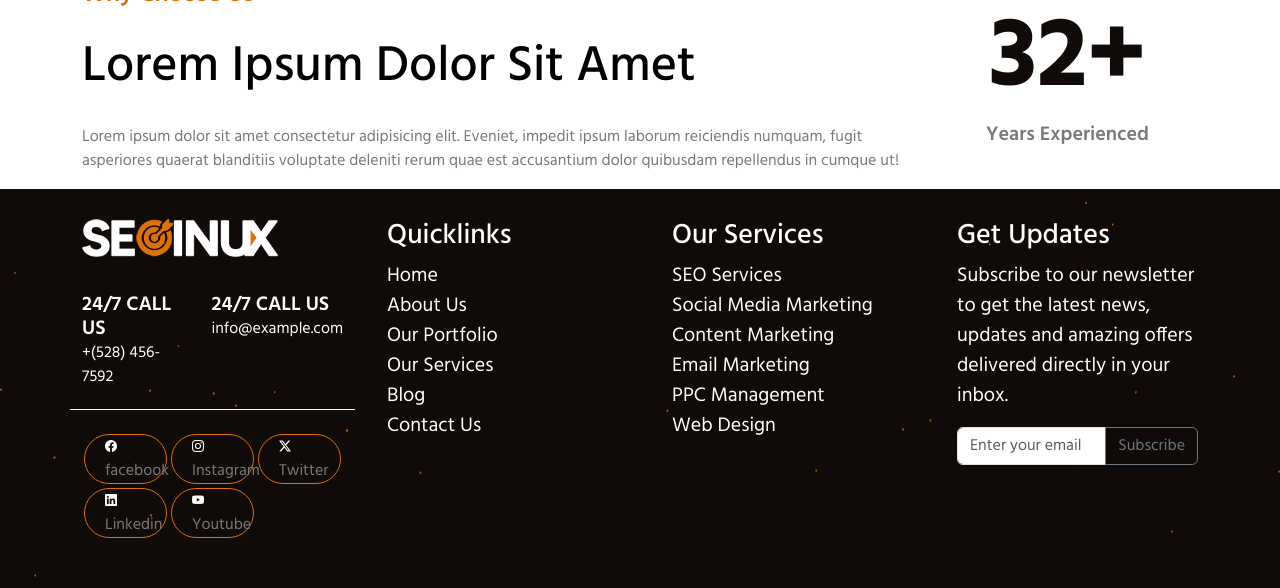
Repository: tagnam/seoinox
Page: about.html
The author's editor kept a copy of each file at every save. The page is drawn from the files as they stood at one save, then again after a run of saves.
The browser window is 1280 px wide. The pictures show the part of the page from y = 3019 to 3631 px (the page is 3607 px tall before and 3631 px after).
A picture or video elsewhere on the page could not be fetched, so the positions and the page height are approximate. Backgrounds fixed to the window are drawn as part of the page.

Above is the page before, as saved 2025-02-26 11:08:52.

After the next 5 saves:
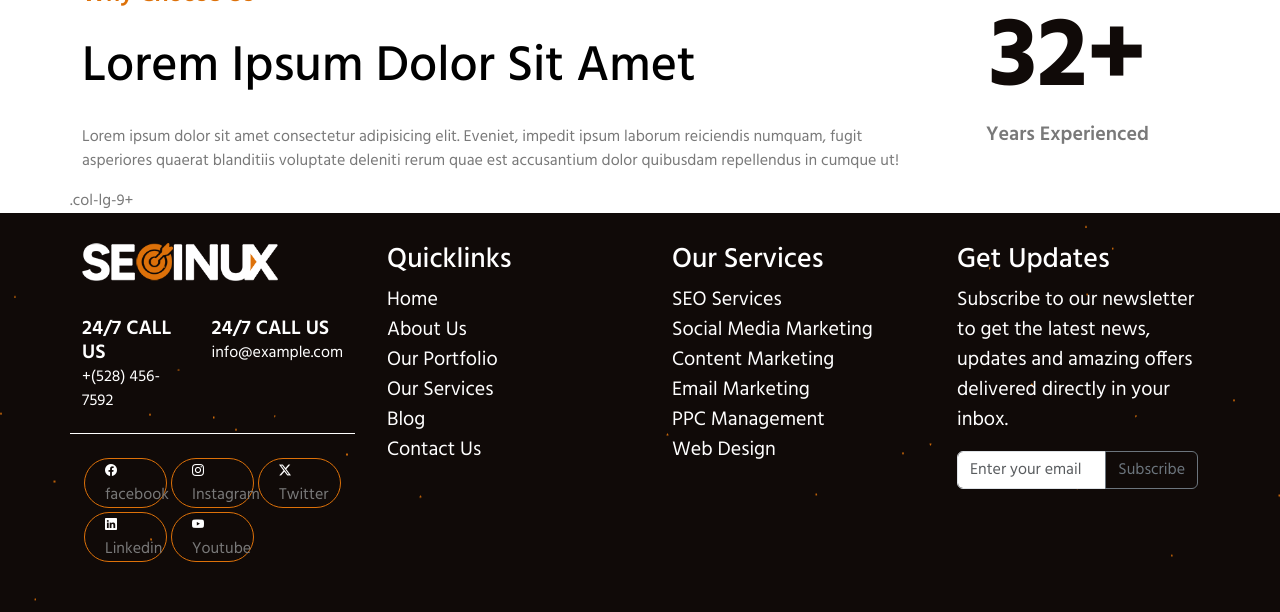
The 5 saves are shown as one change because they came seconds apart.
The last was saved 13 s later.
--- a/about.html
+++ b/about.html
@@ -269,7 +269,7 @@
 
     <div class="container">
       <div class="row">
-
+        .col-lg-9+
       </div>
     </div>
   </section>

After the 2 saves that followed:
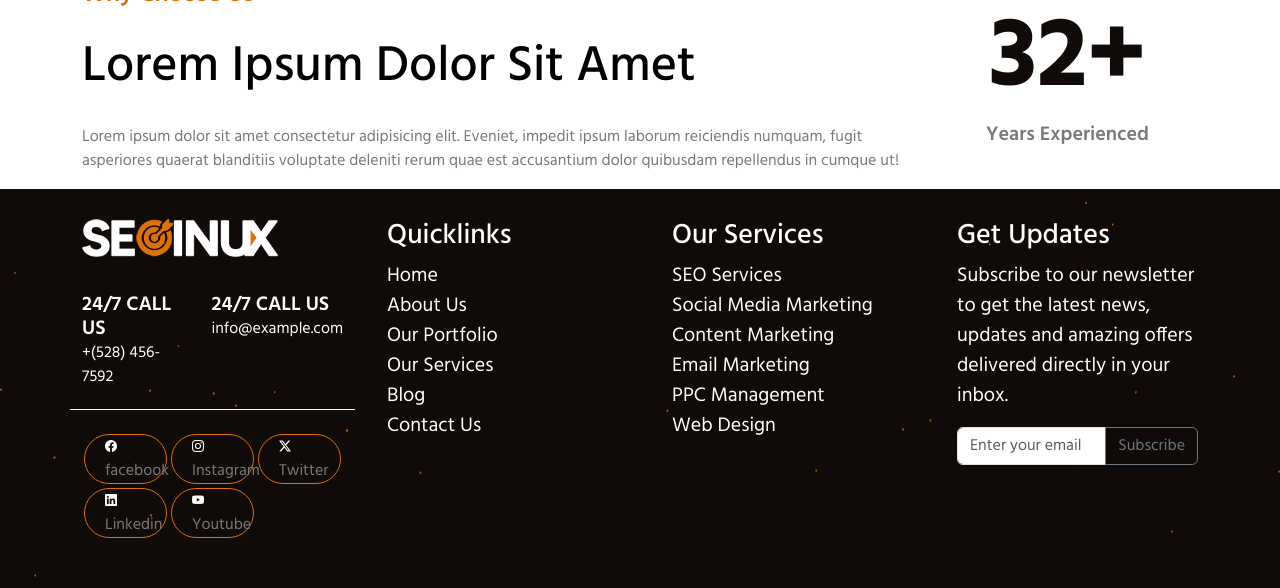
The 2 saves are shown as one change because they came seconds apart.
The last was saved 7 s later.
--- a/about.html
+++ b/about.html
@@ -269,7 +269,10 @@
 
     <div class="container">
       <div class="row">
-        .col-lg-9+
+        <div class="col-lg-9">
+
+        </div>
+        <div class="col-lg-3"></div>
       </div>
     </div>
   </section>
